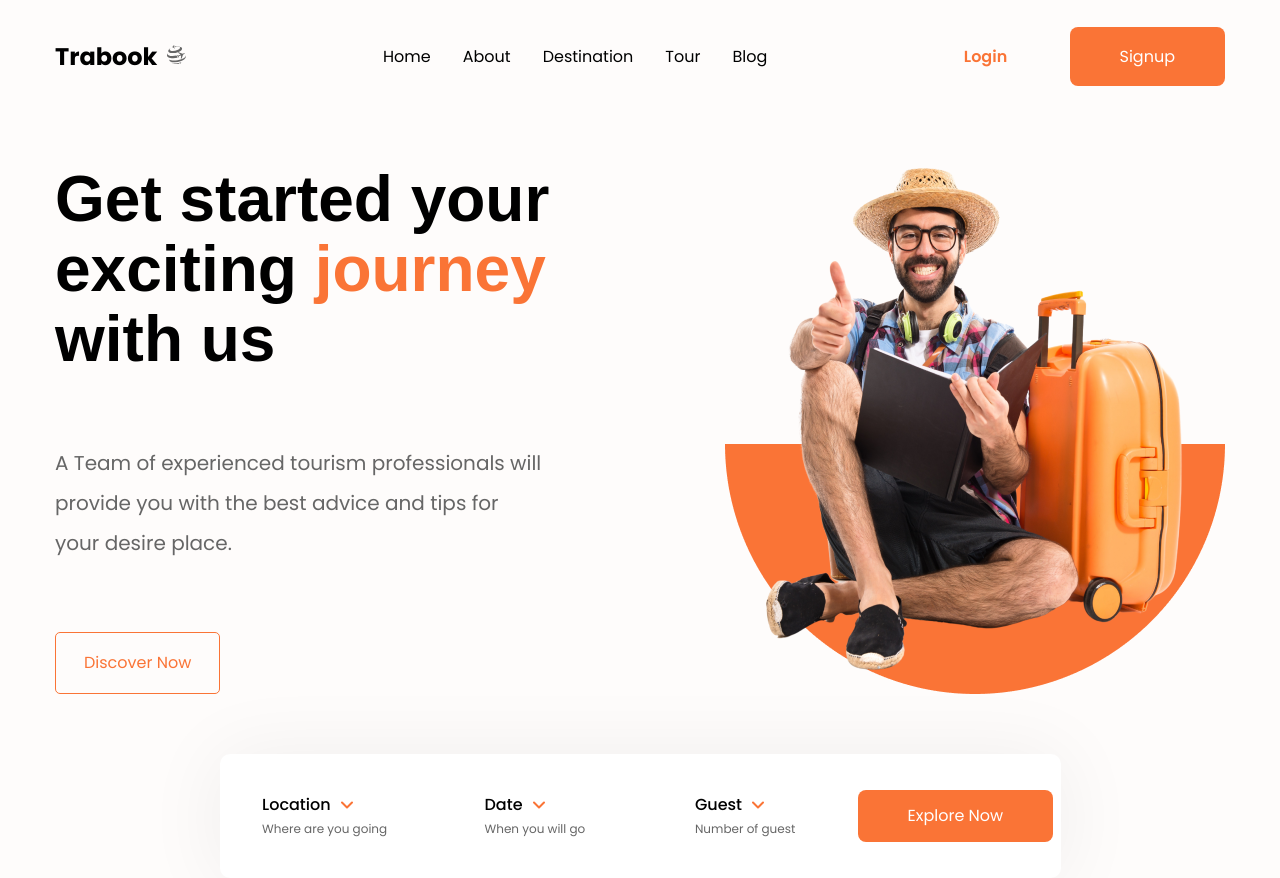
Repository: phobo99/phobo99.github.io
Page: Trabook/index.html
The author's editor kept a copy of each file at every save. The page is drawn from the files as they stood at one save, then again after the next save.
The browser window is 1280 px wide. The pictures show the whole page.
Some web fonts or font styles are not loaded; a fallback is used. Some web libraries are served in a nearby version. The style sheet was rebuilt from its Sass, Less or Tailwind sources for each picture, by a compiler version that may differ from the author's.

Above is the page before, as saved 2022-06-18 23:28:09.

### Trabook/index.html
<!DOCTYPE html>
<html lang="en">

<head>
    <meta charset="UTF-8">
    <meta http-equiv="X-UA-Compatible" content="IE=edge">
    <meta name="viewport" content="width=device-width, initial-scale=1.0">
    <title>Responsive</title>
    <link
        href="https://fonts.googleapis.com/css2?family=Poppins:wght@300;400;500;600;700&family=Volkhov:wght@400;700&display=swap"
        rel="stylesheet">
    <link rel="stylesheet" href="https://cdnjs.cloudflare.com/ajax/libs/font-awesome/6.1.1/css/all.min.css"
        integrity="sha512-KfkfwYDsLkIlwQp6LFnl8zNdLGxu9YAA1QvwINks4PhcElQSvqcyVLLD9aMhXd13uQjoXtEKNosOWaZqXgel0g=="
        crossorigin="anonymous" referrerpolicy="no-referrer" />

    <link rel="stylesheet" href="reset.css">
    <link rel="stylesheet" href="style.css">
</head>

<body>
    <div class="container-fluid">
        <header class="header container">
            <div class="nav-bar">
                <div class="logo">
                    <span class="text-logo">Trabook</span>
                    <svg width="19" height="19" viewBox="0 0 19 19" fill="none" xmlns="http://www.w3.org/2000/svg">
                        <path
                            d="M1.64111 4.96058C1.79426 4.76583 1.99595 4.50221 2.15747 4.31379C2.6412 3.79446 2.70397 3.72638 3.14417 3.34242C3.27473 3.24108 3.42956 3.11917 3.58103 3.00437C2.46378 3.89896 2.32151 4.88933 3.3467 5.50129C3.34503 5.50129 3.34503 5.50129 3.34503 5.50287C4.77863 6.31987 7.92034 6.14333 10.3992 5.09675C12.8003 4.08342 13.6865 2.63388 12.5015 1.77254C11.4612 1.58808 10.221 1.56671 8.90871 1.73296L8.7723 1.52L8.88528 1.16692C9.6569 1.10121 10.39 1.11704 11.0227 1.21917C11.1759 1.24371 11.3776 1.28567 11.5282 1.31575C11.8194 1.38304 11.9776 1.42342 12.1676 1.48121C12.3617 1.53583 12.5274 1.59046 12.8162 1.69179C13.099 1.79708 13.2212 1.84458 13.448 1.95146C13.702 2.06108 13.9488 2.18506 14.187 2.32275C16.0751 3.44612 14.9009 5.49575 11.5692 6.90017C8.24673 8.29983 4.01287 8.51992 2.11563 7.41C2.11479 7.40842 2.11228 7.40683 2.10726 7.40525H2.11061C1.07453 6.78458 0.965735 5.88367 1.64111 4.96058ZM10.2854 12.8139L10.2586 11.552L9.31042 10.5545C6.17792 11.2258 3.09898 11.0817 1.38669 10.1278C1.38084 10.1215 1.36661 10.1151 1.36075 10.1088C0.391624 9.54433 0.152272 8.816 0.225082 8.02433C-0.00171646 9.18254 -0.0201282 9.60054 0.0125108 10.5917C0.0526817 11.2124 0.431795 11.7847 1.19421 12.236L1.20007 12.2423C3.02533 13.3158 6.82819 13.5486 10.2854 12.8139ZM14.2397 14.2587C9.81842 15.9362 4.28486 16.0352 1.8813 14.4827C2.14087 15.0828 2.49406 15.6427 2.92909 16.1437C5.13515 17.5687 10.2143 17.4776 14.2707 15.9378C16.645 15.0377 18.143 13.8399 18.5364 12.7173L18.6468 12.3793C18.9088 11.5227 18.9582 10.8094 19 10.1745C18.9523 11.5528 17.2358 13.1203 14.2397 14.2587ZM4.47986 17.4895C4.61878 17.6146 5.05564 18.122 7.26923 18.6825C7.86761 18.8076 9.37402 19.209 12.1567 18.6255L12.1734 18.3857L11.9533 18.0595C9.37151 18.6374 6.50347 18.4442 4.47986 17.4895ZM10.8687 7.50737L13.2196 9.19283C13.2196 9.19283 13.7225 9.53563 13.248 9.77629C12.7752 10.0146 11.5608 10.598 11.5608 10.598L10.3616 10.1745L9.75983 10.4278L10.821 11.2995L10.8294 12.6556L11.4529 12.3935L11.8663 11.248C11.8663 11.248 13.1359 10.7857 13.6397 10.6115C14.146 10.4413 14.0782 11.024 14.0782 11.024L13.8288 13.8035L14.6573 13.4552L16.0215 9.70504C16.0215 9.70504 16.7446 9.37254 17.2534 9.08042C17.7614 8.78829 17.9355 8.30379 17.9355 8.30379C17.9355 8.30379 17.44 8.10192 16.8693 8.26421C16.2985 8.42492 15.5545 8.7115 15.5545 8.7115L11.6947 7.16062L10.8687 7.50737ZM5.89505 2.17471L7.49101 3.37725L7.92703 3.3155L7.05833 2.23646C7.05833 2.23646 6.8692 2.01321 7.12361 1.96017C7.3797 1.90633 8.02746 1.78125 8.02746 1.78125L8.51453 2.14937L8.8426 2.10346L8.47101 1.54454L8.66685 0.924667L8.34966 0.968208L7.9739 1.44004C7.9739 1.44004 7.31443 1.49862 7.05499 1.51921C6.79388 1.53821 6.90602 1.273 6.90602 1.273L7.40648 0L6.96795 0.0609583L5.81303 1.65142C5.81303 1.65142 5.42806 1.71792 5.14938 1.79313C4.86985 1.86754 4.72256 2.07179 4.72256 2.07179C4.72256 2.07179 4.9276 2.22854 5.21633 2.223C5.50757 2.21746 5.89505 2.17471 5.89505 2.17471ZM13.7828 17.6265L12.7501 17.1158L12.5124 17.1942L13.1242 17.712C13.1242 17.712 13.2547 17.8172 13.1175 17.8735C12.9802 17.9289 12.6304 18.065 12.6304 18.065L12.3417 17.9431L12.1701 18.0017L12.4103 18.244L12.3868 18.5978L12.5659 18.5392L12.6998 18.2519C12.6998 18.2519 13.0631 18.1497 13.2078 18.1133C13.3518 18.0761 13.3192 18.236 13.3192 18.236L13.1827 19L13.4213 18.9216L13.8891 17.9115C13.8891 17.9115 14.0958 17.8347 14.2439 17.7642C14.3921 17.6937 14.4506 17.5639 14.4506 17.5639C14.4506 17.5639 14.3192 17.4958 14.1569 17.5299C13.9937 17.5623 13.7828 17.6265 13.7828 17.6265Z"
                            fill="#666666" />
                    </svg>
                </div>
                <div class="menu-list">
                    <ul class="menu">
                        <li>Home</li>
                        <li>About</li>
                        <li>Destination</li>
                        <li>Tour</li>
                        <li>Blog</li>
                    </ul>
                </div>
                <div class="nav-login">
                    <span class="login">Login</span>
                    <span class="sign-up button-primary">Signup</span>
                </div>
            </div>
            <div class="content">
                <div class="content-left">
                    <h1 class="header-content">Get started your exciting <span class="text-org">journey</span> with us
                    </h1>
                    <span class="desc-content">A Team of experienced tourism professionals will provide you with the
                        best advice and tips for
                        your desire place. </span>
                    <div class="content-button">
                        Discover Now
                    </div>
                </div>
                <div class="content-right">
                    <img src="./img/people-01.png" alt="" class="img-people">
                </div>
            </div>
            <div class="search-bar">
                <div class="list-search">
                    <div class="item-search">
                        <div class="title-item">
                            <p class="heading-title">Location</p>
                            <svg width="12" height="8" viewBox="0 0 12 8" fill="none"
                                xmlns="http://www.w3.org/2000/svg">
                                <path d="M1 1.5L6 6.5L11 1.5" stroke="#FA7436" stroke-width="2" stroke-linecap="round"
                                    stroke-linejoin="round" />
                            </svg>
                        </div>
                        <div class="desc-item">
                            Where are you going
                        </div>
                    </div>
                    <div class="item-search">
                        <div class="title-item">
                            <p class="heading-title">Date</p>
                            <svg width="12" height="8" viewBox="0 0 12 8" fill="none"
                                xmlns="http://www.w3.org/2000/svg">
                                <path d="M1 1.5L6 6.5L11 1.5" stroke="#FA7436" stroke-width="2" stroke-linecap="round"
                                    stroke-linejoin="round" />
                            </svg>
                        </div>
                        <div class="desc-item">
                            When you will go
                        </div>
                    </div>
                    <div class="item-search">
                        <div class="title-item">
                            <p class="heading-title">Guest</p>
                            <svg width="12" height="8" viewBox="0 0 12 8" fill="none"
                                xmlns="http://www.w3.org/2000/svg">
                                <path d="M1 1.5L6 6.5L11 1.5" stroke="#FA7436" stroke-width="2" stroke-linecap="round"
                                    stroke-linejoin="round" />
                            </svg>
                        </div>
                        <div class="desc-item">
                            Number of guest
                        </div>
                    </div>
                    <div class="button-primary">
                        Explore Now
                    </div>
                </div>
            </div>
        </header>
    </div>
</body>

</html>

### Trabook/style.scss
$bg-color: #fefcfb;
$bg-second: #f7f8fc;
$primary-color: #fa7436;
$header-color: #222;
$gray-color: #666666;

@mixin size($width, $height: $width) {
  width: $width;
  height: $height;
}
@mixin flexbox(
  $align: flex-start,
  $justify: flex-start,
  $flex-direction: row,
  $wrap: nowrap
) {
  display: flex;
  align-items: $align;
  justify-content: $justify;
  flex-direction: $flex-direction;
  flex-wrap: $wrap;
}
html {
  font-size: 62.5%;
}
* {
  box-sizing: border-box;
}
body {
  font-size: 1.6rem;
  font-family: "Poppins", sans-serif;
  font-weight: normal;
  background-color: #fefcfb;
}

a {
  text-decoration: none;
}

img {
  display: block;
  max-width: 100%;
}
h1 {
  font-family: "Volkhov", sans-serif;
  font-weight: 700;
  font-size: 64px;
  line-height: 70px;
}
.container-fluid {
  .container {
    max-width: 1170px;
    margin: 0 auto;
  }
  .text-org {
    color: $primary-color;
  }
  .desc-content {
    color: $gray-color;
    line-height: 2;
    font-size: 20px;
  }
  .button-primary {
    padding: 18px 50px;
    background-color: $primary-color;
    color: white;
    border-radius: 8px;
    cursor: pointer;
    &:hover {
      opacity: 0.8;
      transition: all 0.2s linear;
    }
  }
  .header {
    .nav-bar {
      display: flex;
      @include size(100%, 114px);
      align-items: center;
      justify-content: space-between;
      .logo {
        display: flex;
        cursor: pointer;
        .text-logo {
          font-size: 24px;
          font-weight: bold;
          margin-right: 10px;
        }
      }
      .menu-list {
        .menu {
          @include flexbox(stretch, space-between);
          gap: 32px;
          li {
            cursor: pointer;
          }
        }
      }
      .nav-login {
        .login {
          font-size: 16px;
          font-weight: 600;
          color: $primary-color;
          cursor: pointer;
          margin-right: 58px;
        }
      }
    }
    .content {
      @include size(100%, 530px);
      @include flexbox(stretch, space-between);
      margin-top: 50px;
      .content-left {
        @include flexbox(stretch, space-between, column);
        @include size(490px, auto);
        .header-content {
          width: 521px;
        }
        .content-button {
          width: fit-content;
          padding: 22px 28px;
          border: 1px solid $primary-color;
          border-radius: 5px;
          color: $primary-color;
        }
      }
      .content-right {
      }
    }
    .search-bar {
      background-color: white;
      width: 841px;
      height: 124px;
      margin: 0 auto;
      margin-top: 6rem;
      box-shadow: 0px 2px 80px 2px rgba(0, 0, 0, 0.06);
      border-radius: 10px;
      .list-search {
        width: 100%;
        height: 100%;
        display: grid;
        grid-template-columns: 1fr 1fr 1fr 1fr;
        justify-items: center;
        align-items: center;
        .item-search {
          .title-item {
            width: fit-content;
            display: flex;
            justify-content: center;
            align-items: center;
            font-weight: bold;
            margin-bottom: 10px;
            .heading-title {
              margin: 0 10px 0 0;
              font-weight: 500;
            }
          }
          .desc-item {
            font-size: 12px;
            color: $gray-color;
          }
        }
      }
    }
  }
}
@media screen and (min-width: 768px) {
}
@media screen and (max-width: 767px) {
}

Loaded but not shown: Trabook/reset.css (common file)

After the next save:
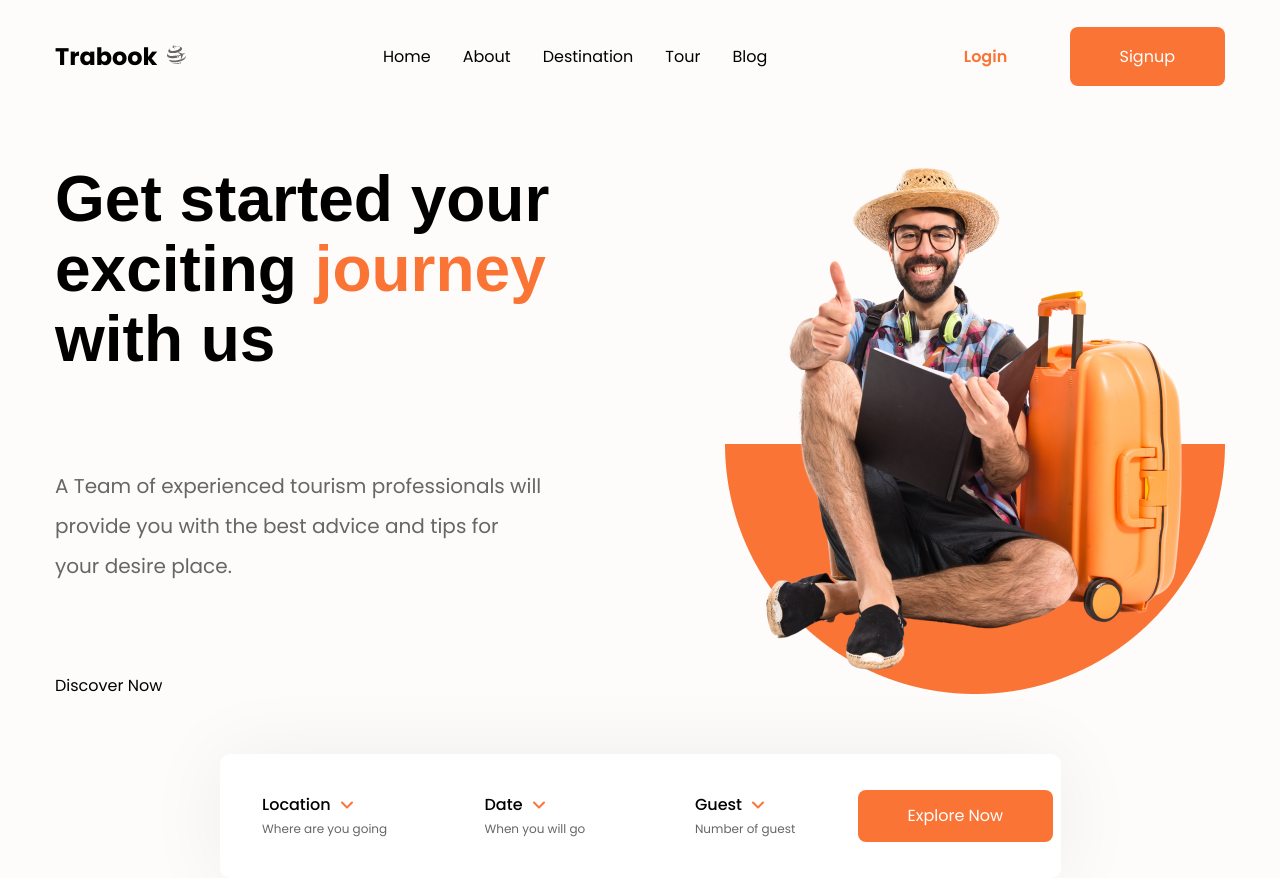
Saved 89 s later.
--- a/Trabook/index.html
+++ b/Trabook/index.html
@@ -50,7 +50,7 @@
                     <span class="desc-content">A Team of experienced tourism professionals will provide you with the
                         best advice and tips for
                         your desire place. </span>
-                    <div class="content-button">
+                    <div class="button-secondary">
                         Discover Now
                     </div>
                 </div>

After the save that followed:
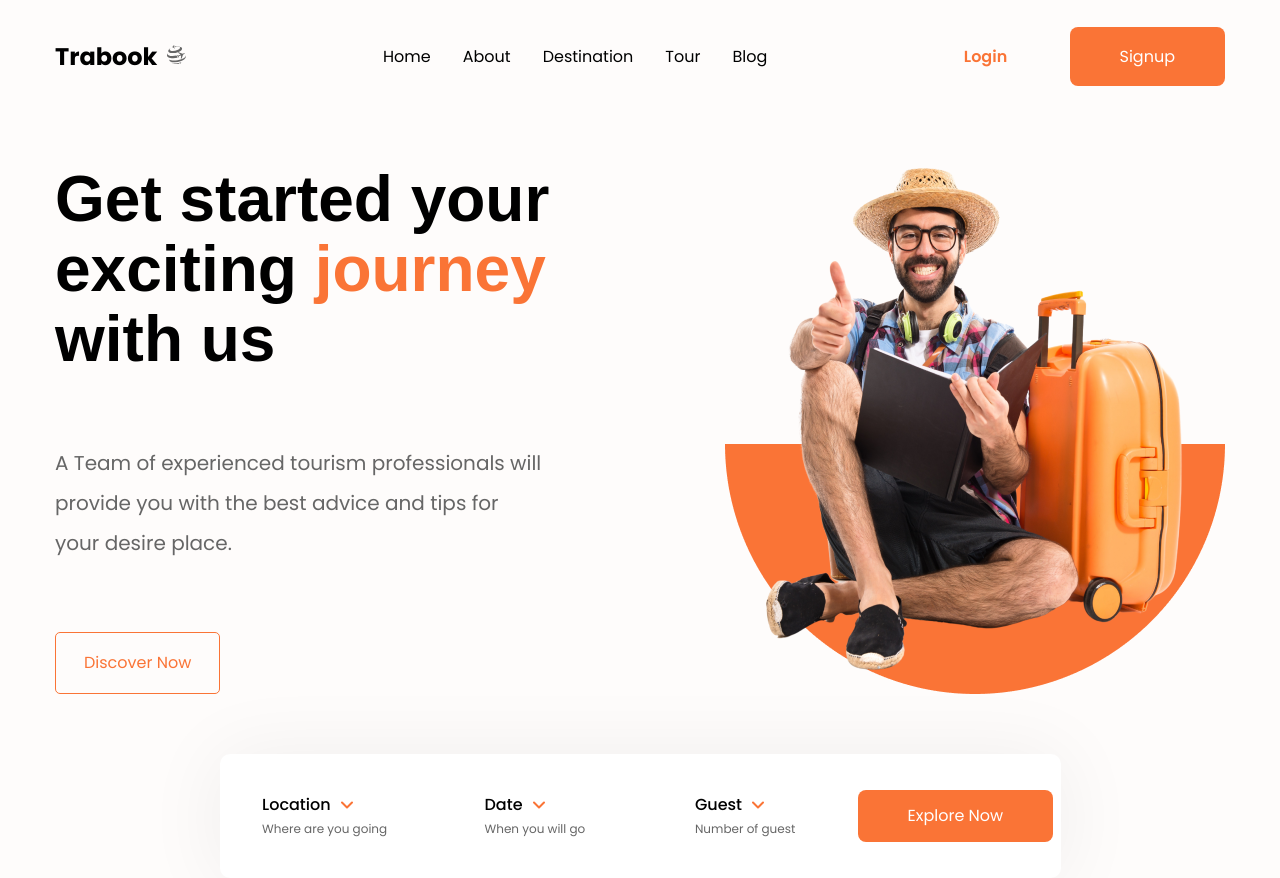
Saved 2 s later.
--- a/Trabook/style.scss
+++ b/Trabook/style.scss
@@ -115,7 +115,7 @@ h1 {
         .header-content {
           width: 521px;
         }
-        .content-button {
+        .button-secondary {
           width: fit-content;
           padding: 22px 28px;
           border: 1px solid $primary-color;
